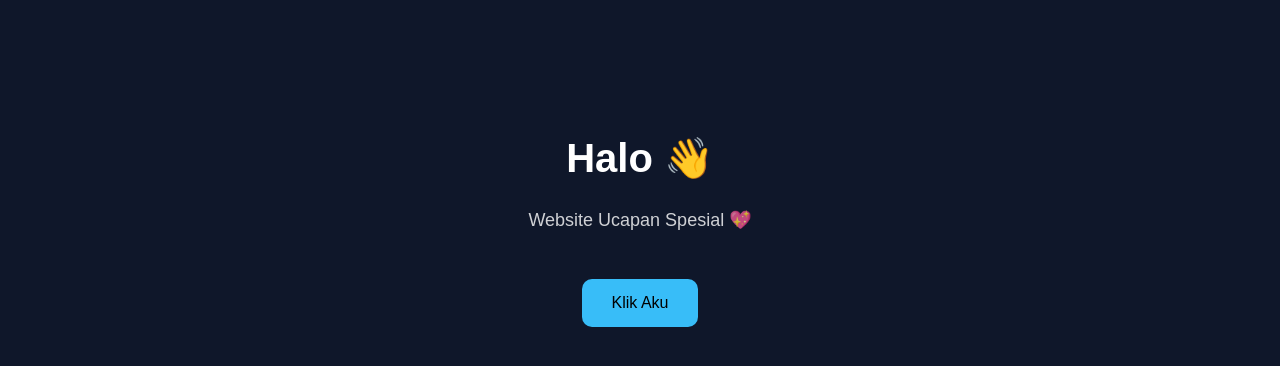
Repository: mufti-1448/web-ucapan
Page: index.html
An editor plug-in stored every save of this project. The page is shown before and after a run of saves, followed by the edit.
The browser window is 1280 px wide. The pictures show the whole page.

Above is the page before, as saved 2026-02-16 15:01:18.

After the next 2 saves:
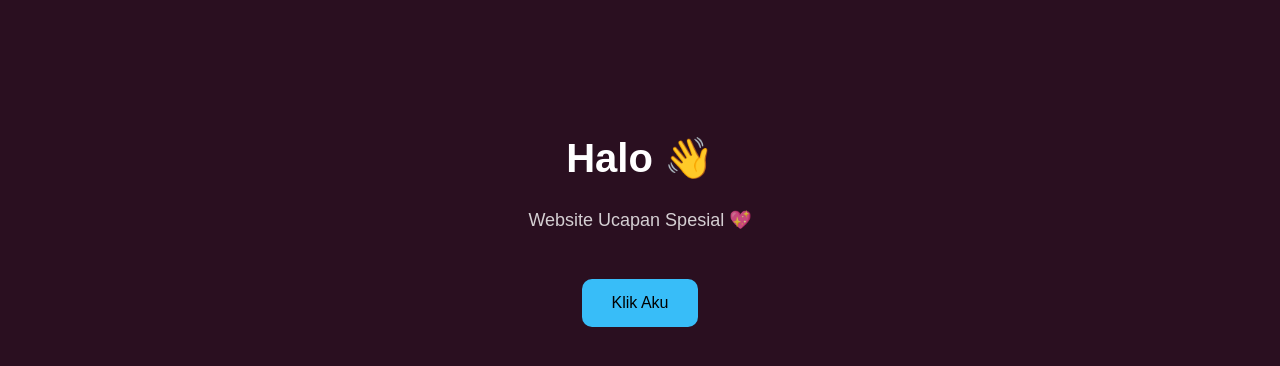
The 2 saves are shown as one change because they came seconds apart.
The last was saved 18 s later.
--- a/style.css
+++ b/style.css
@@ -1,5 +1,5 @@
 body {
-  background-color: #0f172a;
+  background-color: #2a0f20;
   color: white;
   font-family: Arial, sans-serif;
   text-align: center;
